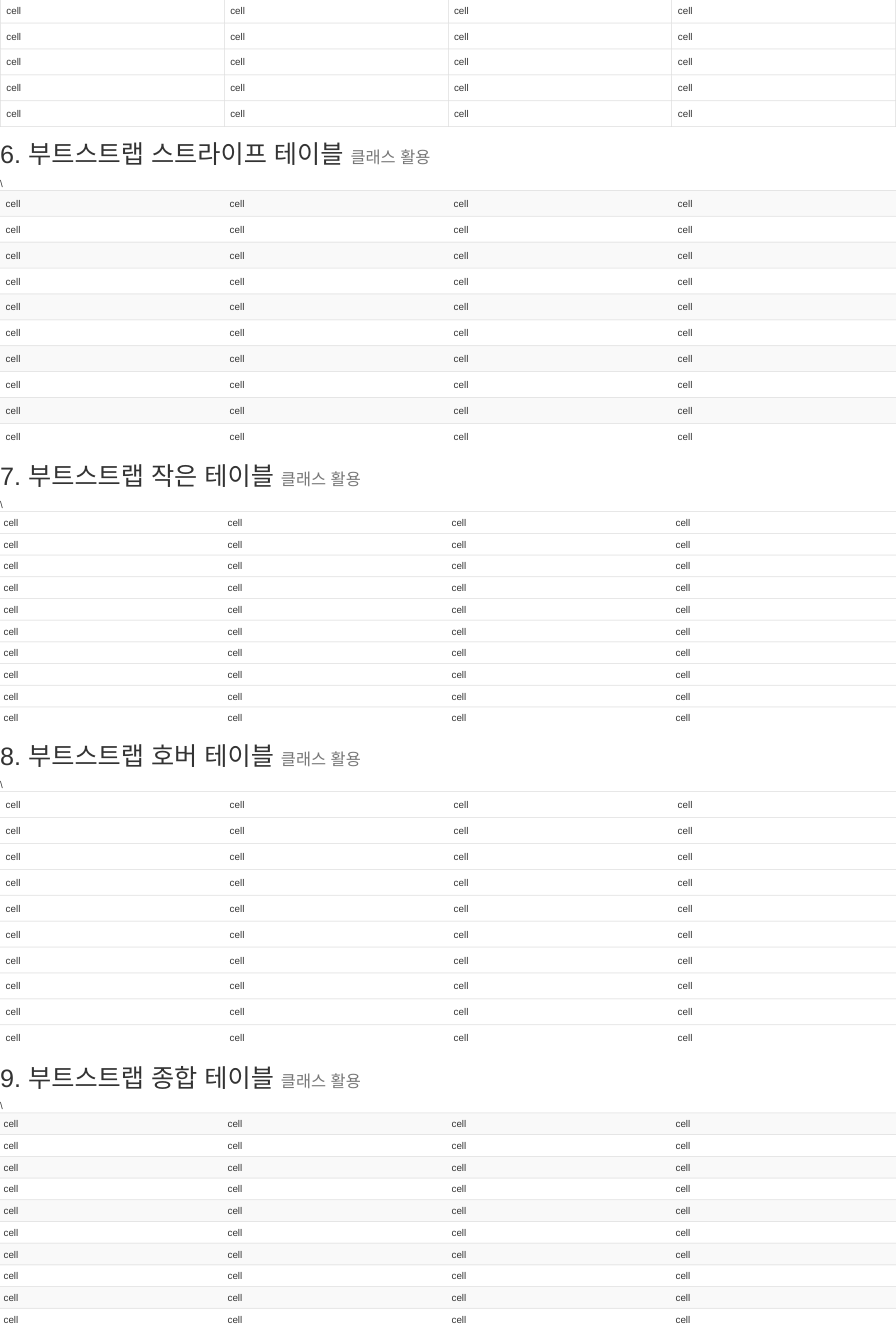
Repository: park-nahyun/BootstrapStudy
Page: BootstrapWork/WebContent/BootEx02.html
An editor plug-in stored every save of this project. The page is shown before and after the next save, followed by the edit.
The browser window is 1280 px wide. The pictures show the part of the page from y = 1788 to 3708 px (the page is 3708 px tall), at 70% of full size.

Above is the page before, as saved 2021-07-01 03:42:35.

After the next save:
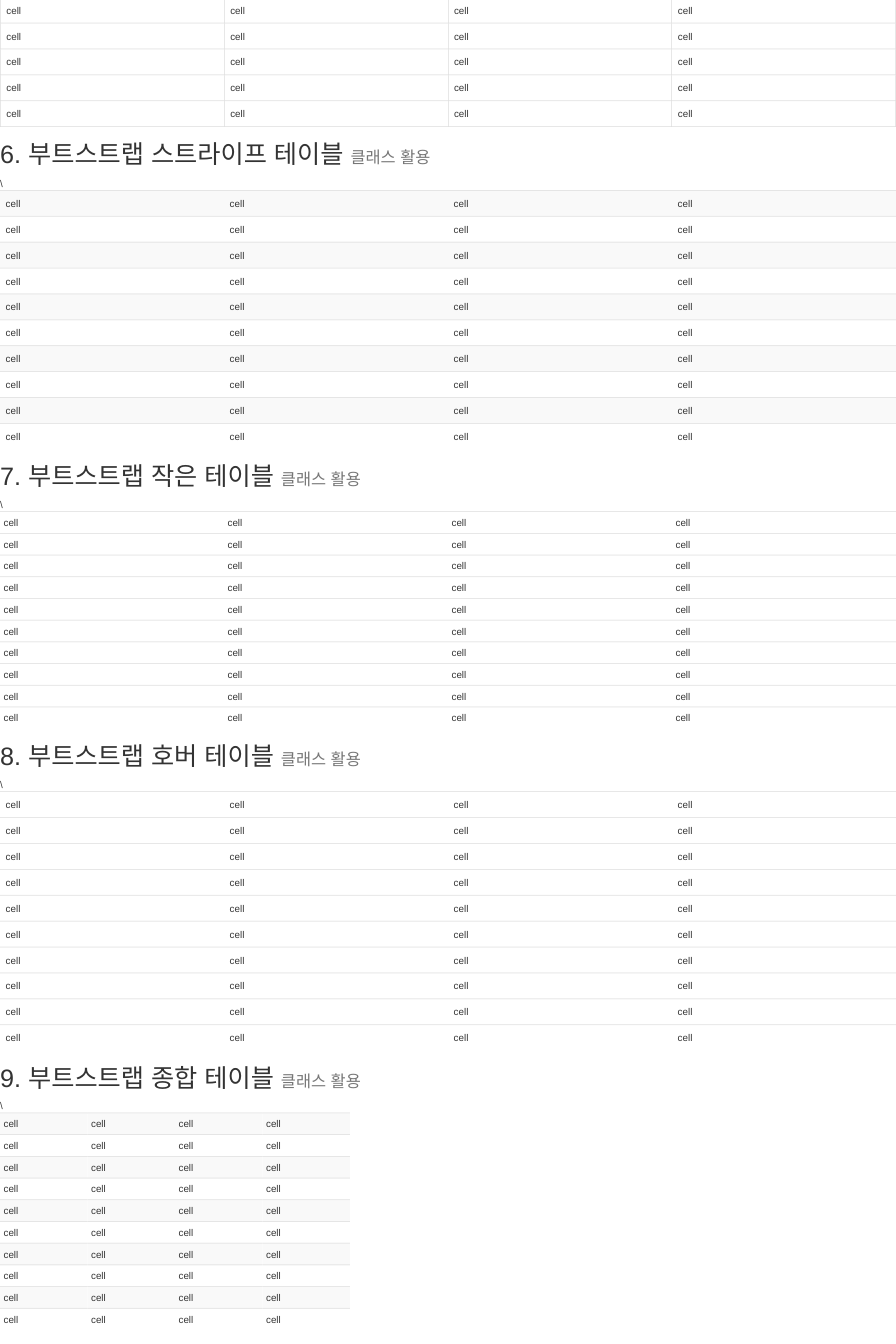
Saved 69 s later.
--- a/BootstrapWork/WebContent/BootEx02.html
+++ b/BootstrapWork/WebContent/BootEx02.html
@@ -553,7 +553,7 @@
 
 <h1>9. 부트스트랩 종합 테이블 <small>클래스 활용</small></h1>\
 <!-- table>(tr>td{cell}*4)*10 -->
-<table class="table table-striped table-condensed table-hover">
+<table class="table table-striped table-condensed table-hover" style="width:500px;">
 	<tr>
 		<td>cell</td>
 		<td>cell</td>
